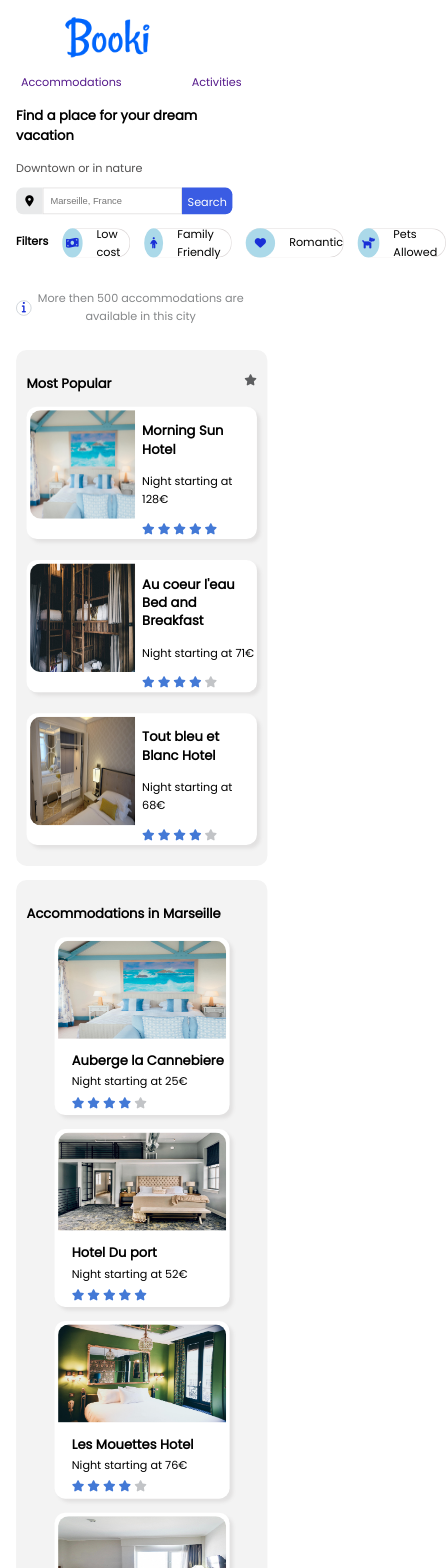
Repository: ailahin/booki
Page: index.html
An editor plug-in stored every save of this project. The page is shown before and after the next save, followed by the edit.
The browser window is 375 px wide. The page is 637 px wide, so the pictures cover 637 px, including what lies to the right of the window. The pictures show the part of the page from y = 0 to 2240 px (the page is 6265 px tall before and 6267 px after), at 70% of full size.
Some web fonts or font styles are not loaded; a fallback is used. Some web libraries are served in a nearby version.

Above is the page before, as saved 2023-07-19 03:02:00.

After the next save:
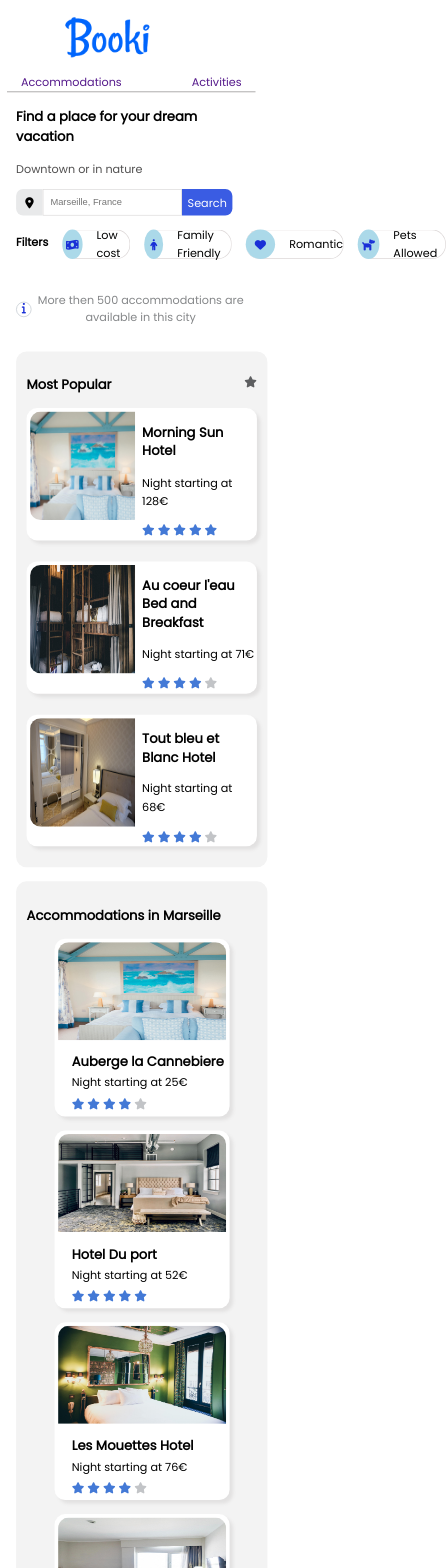
Saved 12 s later.
--- a/css/index.css
+++ b/css/index.css
@@ -314,7 +314,17 @@
 
 
 
-@media only screen and (max-width: 992px){
+@media only screen and (max-width: 400px){
+    .nav-flex{
+        border-bottom: 2px rgb(197, 196, 196) solid;
+    }
+    .nav-flex a:hover{
+        border-bottom: 2px solid blue;
+
+
+    }
+
+
 
 
 }

After the 4 saves that followed:
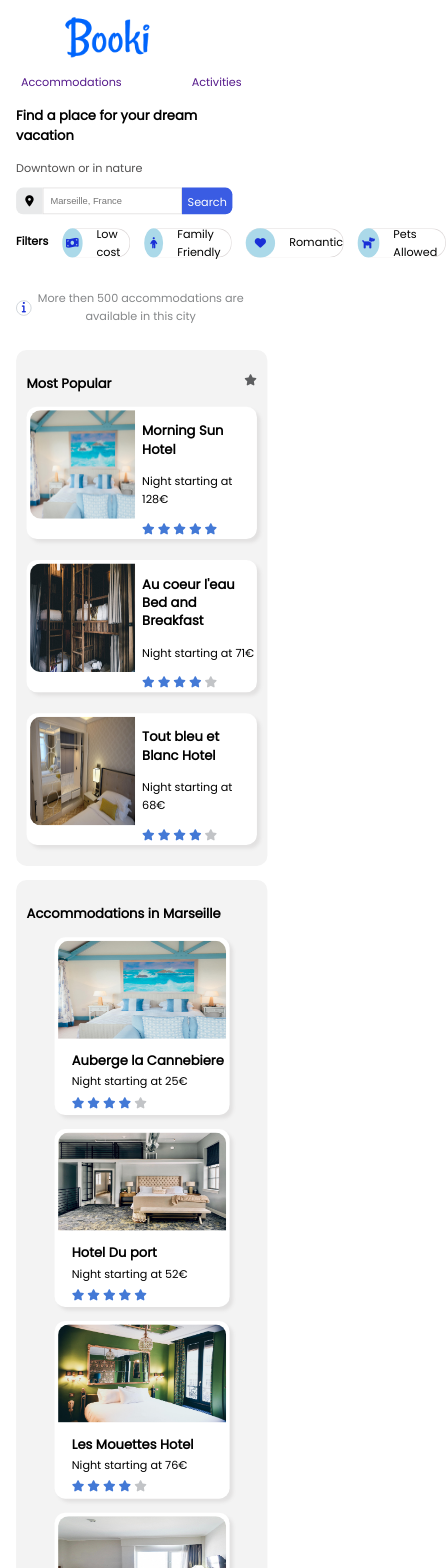
The 4 saves are shown as one change because 1 left the picture as it was and some came seconds apart.
The last was saved 98 s later.
--- a/css/index.css
+++ b/css/index.css
@@ -315,14 +315,7 @@
 
 
 @media only screen and (max-width: 400px){
-    .nav-flex{
-        border-bottom: 2px rgb(197, 196, 196) solid;
-    }
-    .nav-flex a:hover{
-        border-bottom: 2px solid blue;
-
-
-    }
+
 
 
 
